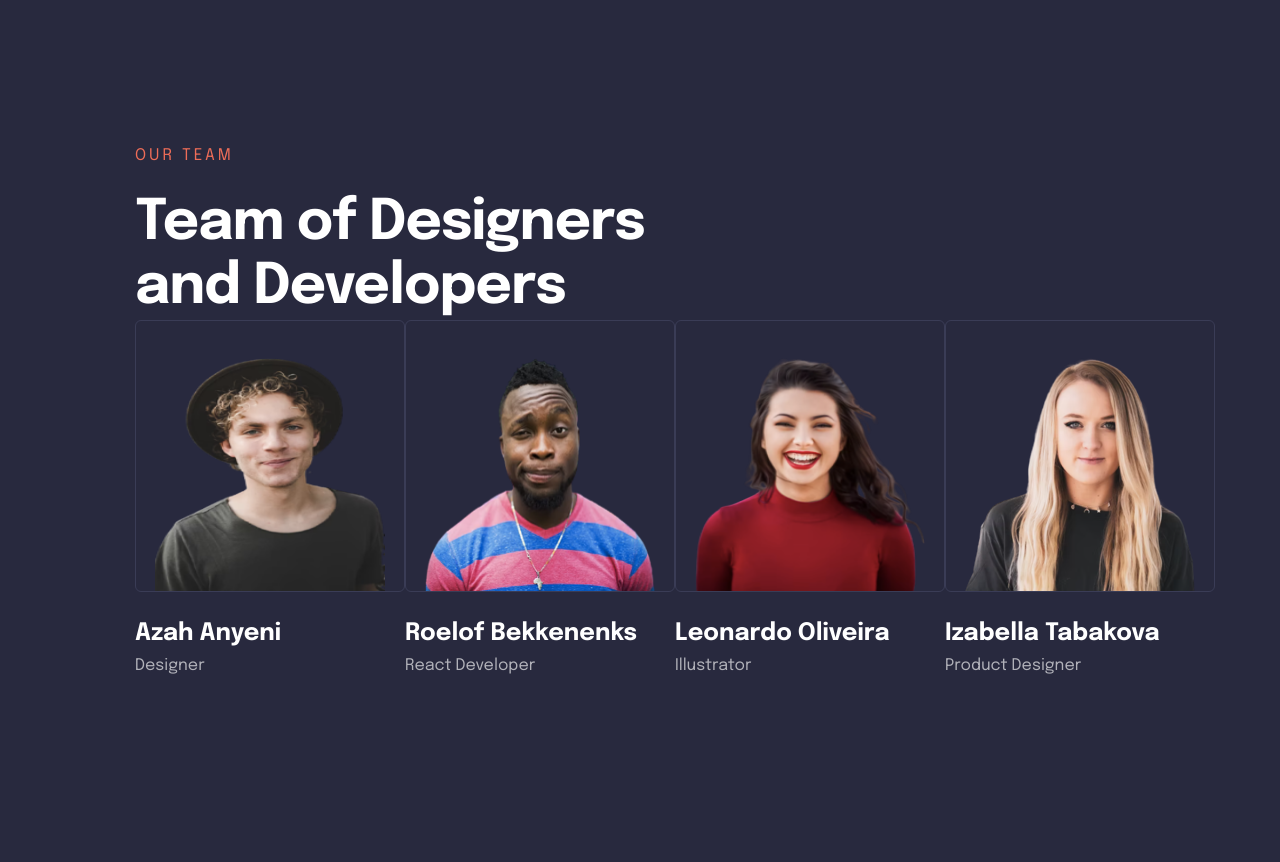
Repository: FaridRustamov09/task13
Page: index.html
The author's editor kept a copy of each file at every save. The page is drawn from the files as they stood at one save, then again after a run of saves.
The browser window is 1280 px wide. The pictures show the whole page.

Above is the page before, as saved 2023-11-27 19:04:49.

After the next 2 saves:
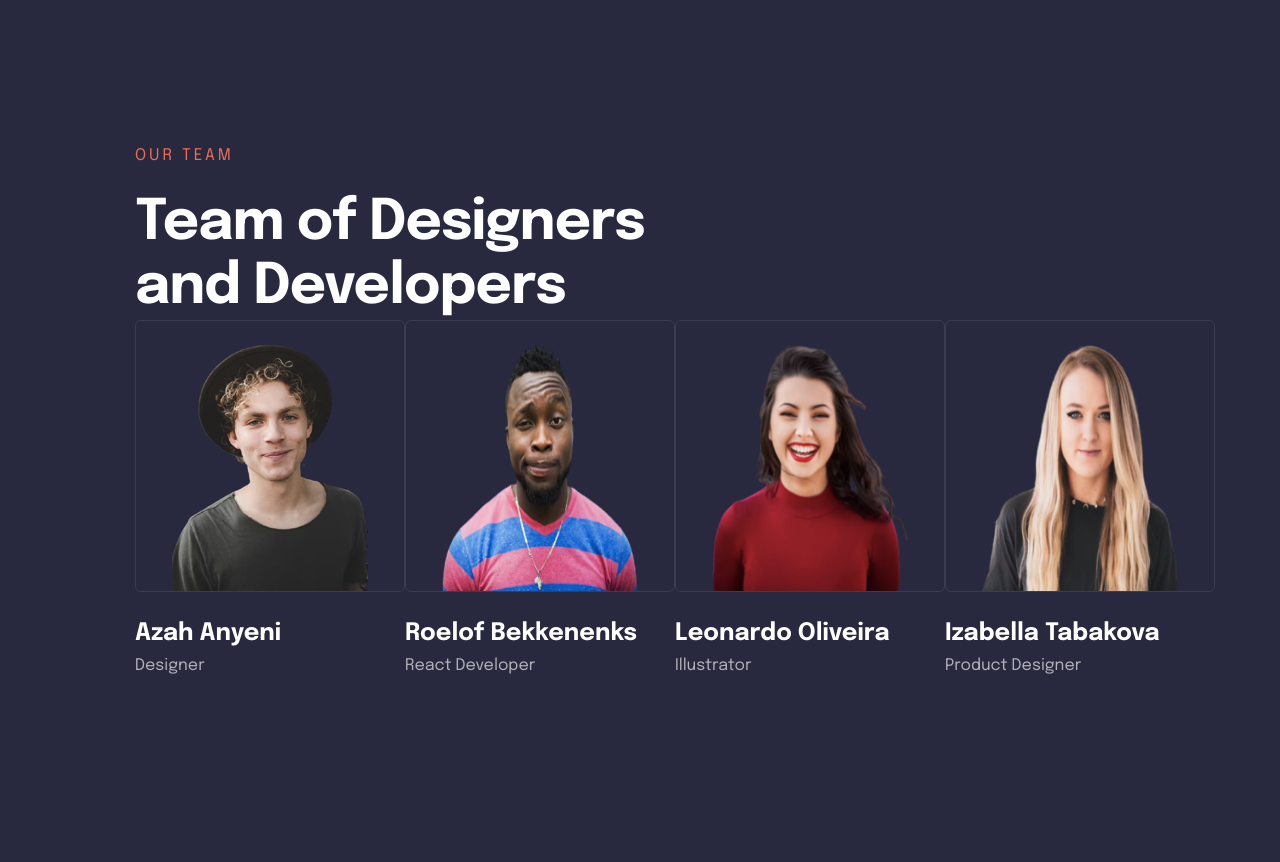
The 2 saves are shown as one change because they came seconds apart.
The last was saved 44 s later.
--- a/index.css
+++ b/index.css
@@ -61,7 +61,7 @@ img:nth-child(3){
   width: 205px;
 height: 238px;
 }
-img:last-child{
+img:nth-child(4){
   width: 230px;
 height: 233px;
 }
